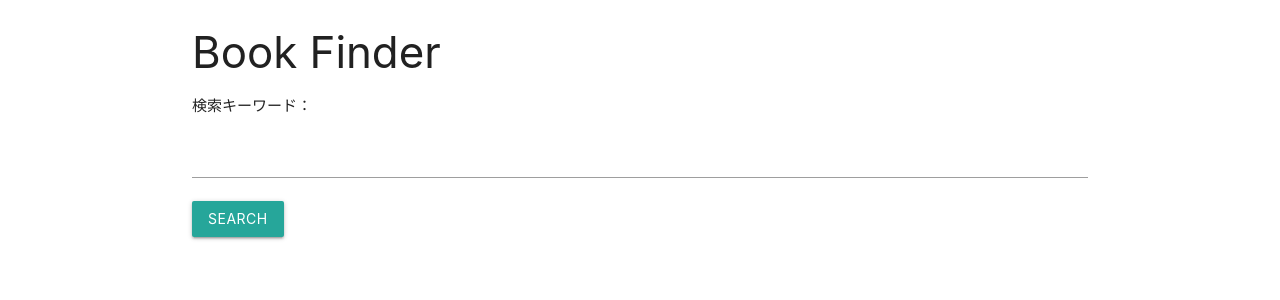
Repository: ayachika/chingu-solo-project
Page: index.html
The author's editor kept a record of every edit. The page is drawn from the files as they stood at one moment, then again after the next edit.
The browser window is 1280 px wide. The pictures show the whole page.
Some web libraries are served in a nearby version.

Above is the page before.

### index.html

<!DOCTYPE html>
<html lang="en">
  <head>
    <meta charset="utf-8">
    <title>Book Finder</title>
    <link rel="stylesheet" href="https://cdnjs.cloudflare.com/ajax/libs/materialize/1.0.0/css/materialize.min.css">
    <style>
      [v-cloak] { display: none; }
    </style>
  </head>
  <body>
    <div class="container" id="app">
      <h3 class="text-center">Book Finder</h3>
      <p> <!--v-modelでフォームとバインディング-->
        検索キーワード：<form v-on:submit.prevent="getResult(query)">
          <input type="text" v-model="query" />
      </p>
      <a v-on:click="getItems()" class="waves-effect waves-light btn">Search</a>
      <div class="card blue-grey darken-1" v-for="item in items" v-cloak>

          <div class="card">
            <div class="card-title">
              <p>{{ item.title }}</p>
            </div>
            <div class="card-content">
              <p>{{item.author}}</p>
            </div>
          </div>
     </div>
  </div>



    <script src="https://cdn.jsdelivr.net/npm/vue@2.5.16/dist/vue.js"></script>
    <script src="main.js"></script>
    <script src="https://cdn.jsdelivr.net/npm/axios@0.17.1/dist/axios.min.js"></script>
  </body>

</html>

### main.js
const vm = new Vue({
  el: '#app',
  data() {
    return{
      query:'',
      items:[]
      }
    },
  methods:{
    getResult(query){
      axios.get("https://www.googleapis.com/books/v1/volumes?q=search" + query).then(response => {console.log(response.data);
        this.items = response.data;
      });
      }
    }
});

After the next edit:
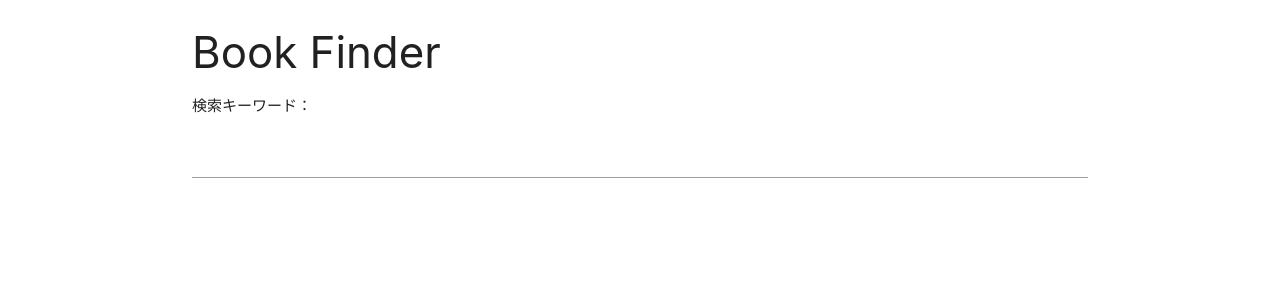
The edit:
--- a/index.html
+++ b/index.html
@@ -16,7 +16,6 @@
         検索キーワード：<form v-on:submit.prevent="getResult(query)">
           <input type="text" v-model="query" />
       </p>
-      <a v-on:click="getItems()" class="waves-effect waves-light btn">Search</a>
       <div class="card blue-grey darken-1" v-for="item in items" v-cloak>
 
           <div class="card">
